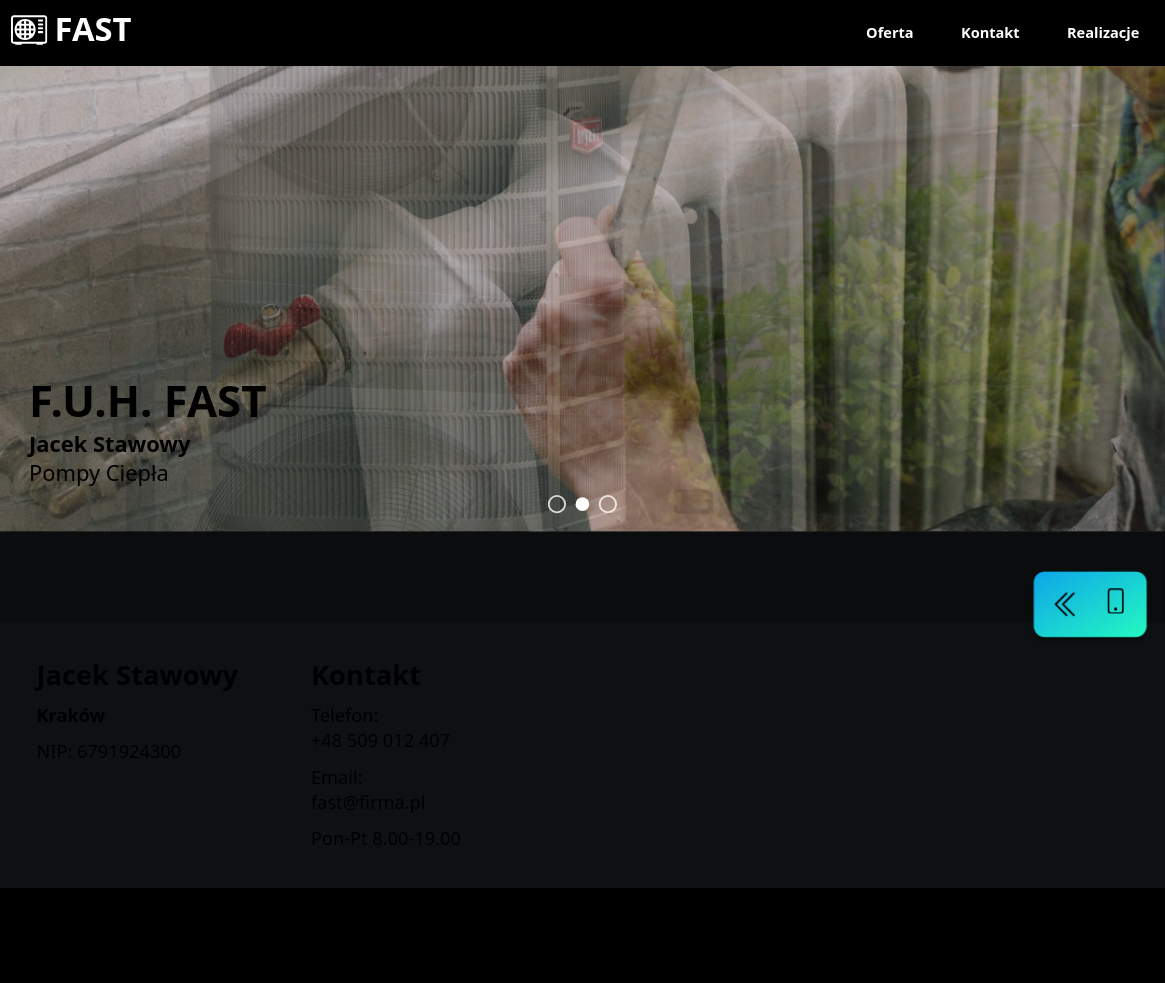
Repository: piotrokrutniak/Fast-CompanyWebsite
Page: /carousel
These files come from the project's save history. The page is drawn as it stood at one moment and after the next save; the edit follows.
The browser window is 1280 px wide. The pictures show the whole page, at 91% of full size.
The project was rebuilt for these pictures with package versions that can differ from the ones it lists, and the page was loaded fresh each time. The framework's server and built-in components were replaced by stand-ins that run in the browser. Also part of the build but not shown: next.config.js.

Above is the page before, as saved 2023-10-21 11:57:14.

### src/app/layout.js
import FootBar from './components/footbar/footbar'
import Navbar from './components/navbar/navbar'
import QuickContact from './components/quickContact'
import './globals.css'
import { Inter } from 'next/font/google'

const inter = Inter({ subsets: ['latin'] })

export const metadata = {
  title: 'Fast - Klimatyzacje Kraków',
  description: 'F.U.H. Fast Jacek Stawowy - Klimatyzacje',
}

export default function RootLayout({ children }) {
  return (
    <html lang="en" className=''>
      <body className='bg-black min-w-mobile overflow-x-hidden'>
        <div className='bg-slate-500/10 min-h-screen relative'>
          <Navbar/>
          {children}
          <QuickContact/>
          <FootBar/>
        </div>
      </body>
    </html>
  )
}

### src/app/(pages)/carousel/page.js
"use client"
import Image from "next/image"
import p1 from "../../../../public/img/air-conditioning-2.jpg"
import p2 from "../../../../public/img/heat-pump-2.jpg"
import p3 from "../../../../public/img/heating-2.jpg"
import { useEffect, useRef, useState } from "react"
import { BsChevronCompactLeft, BsChevronCompactRight } from "react-icons/bs"
// import ac1 from "./media/img/air-conditioning-2.jpg"
// import ac2 from "./media/img/heat-pump-2.jpg"
// import ac3 from "./media/img/heating-2.jpg"

export default function CarouselPage(){
    const slides = [
        {img: p1, desc: "Klimatyzacje"},
        {img: p2, desc: "Pompy Ciepła"},
        {img: p3, desc: "Instalacje grzewcze"}
    ]

    //const [activeIndex, setActiveIndex] = useState(0)

    const [activeIndex, setActiveIndex] = useState(0)

    function PrevSlide() {
      setActiveIndex(prevIndex => (prevIndex === 0 ? slides.length - 1 : prevIndex - 1))
    }

    function NextSlide() {
      setActiveIndex(prevIndex => (prevIndex === slides.length - 1 ? 0 : prevIndex + 1))
    }

    function GoToSlide(index) {
      setActiveIndex(index)
    }

    function useAutoSlide(intervalTime) {
      const intervalRef = useRef(null);

      function resetTimer() {
        clearInterval(intervalRef.current)
        startTimer()
      }

      function startTimer() {
        intervalRef.current = setInterval(() => {
          NextSlide();
        }, intervalTime)
      }

      useEffect(() => {
        startTimer()

        return () => {
          clearInterval(intervalRef.current)
        };
      }, []);

      useEffect(() => {
        resetTimer()
      }, [activeIndex])

      return resetTimer
    }

    const resetTimer = useAutoSlide(5000)

    return(
        <>
        <div className="w-full max-w-7xl relative mx-auto overflow-clip group">
        <div className={`relative w-full max-w-7xl h-128 flex overflow-visible gap-4 -translate-x-[${activeIndex * 100}%] transition-all`}>
            {slides.map((image, index) => <CarouselPanel image={image.img} key={index} index={index} />)}
        </div>
        <div className='bg-black/10 p-2 rounded-2xl absolute w-full sm:hidden group-hover:block hover:bg-black/20 active:scale-95'>
                    <BsChevronCompactLeft color='white' className='w-10 z-10 h-10 cursor-pointer opacity-60 hover:opacity-100
                        transition-all active:scale-95' onClick={() => PrevSlide()}/>
                </div>
                <div className='bg-black/10 p-2 z-10 rounded-2xl sm:hidden group-hover:block hover:bg-black/20 active:scale-95'>
                    <BsChevronCompactRight color='white' className='w-10 h-10 cursor-pointer opacity-60 hover:opacity-100
                        transition-all active:scale-95' onClick={() => NextSlide()}/>
                </div>
        <div className='absolute bottom-12 px-8 z-20 max-sm:px-5'>
            <div className='font-bold text-5xl relative max-sm:text-4xl'>F.U.H. FAST</div>
            <div className='font-semibold text-2xl pt-2 relative max-sm:text-xl'>Jacek Stawowy</div>
            <div className='font-thin text-2xl relative max-sm:text-lg'>{slides[activeIndex].desc}</div>
        </div>
        </div>

        <div className='flex justify-center relative gap-2 -top-10 transition-all'>
            {slides.map((slide, index) => {
                return <div key={index} onClick={() => GoToSlide(index)}
                    className={`${index === activeIndex ? "bg-white scale-75" : ""} cursor-pointer w-5 h-5 border-solid border-2 border-white/80
                    rounded-full hover:scale-110`}/>
            })}
        </div>
        </>
    )
}

function CarouselPanel({image, index}){
    return (
        <div className={`w-full h-full absolute left-[${index * 100}%]`}>
            <Image src={image} layout='fill' objectFit='cover' className="h-full opacity-60"/>
        </div>
        )
}

### src/app/components/footbar/footbar.js
import Link from "next/link";

export default function FootBar(){
    return(
        <footer className="bg-slate-500/5 mt-20">
            <div className="max-w-7xl w-full p-10 flex gap-8 sm:gap-20 m-auto">
                <div className="flex flex-col gap-3">
                    <h1 className="font-bold text-3xl">Jacek Stawowy</h1>
                    <h2 className="font-semibold text-xl">Kraków</h2>
                    <h2 className="font-thin text-xl">NIP: 6791924300</h2>
                </div>

                <div className="flex flex-col gap-3">
                    <h1 className="font-bold text-3xl">Kontakt</h1>
                    <h2 className="font-thin text-xl">Telefon:
                    <Link href={"tel:+48 509 012 407"} className="cursor-pointer hover:text-emerald-200">
                        <p className="whitespace-nowrap">
                            +48 509 012 407
                        </p>
                    </Link>
                    </h2>
                    <h2 className="font-thin text-xl">Email:
                    <Link href={"email:fast@firma.pl"} className="cursor-pointer hover:text-emerald-200">
                        <p className="whitespace-nowrap">
                            fast@firma.pl
                        </p>
                    </Link>
                    </h2>
                    <h2 className="font-thin text-xl">Pon-Pt 8.00-19.00</h2>
                </div>
            </div>
            <div className="bg-black flex p-10 ">
                <div className="xs:m-auto w-fit">
                    © Piotr Okrutniak 2022
                </div>
            </div>
        </footer>
    )
}

### src/app/components/navbar/navbar.js
"use client";
import { useState } from "react";
import ButtonBase from "../common/buttonBase";
import AcLogo from "../icons/ac";
import {BsList, BsXLg} from "react-icons/bs";
import Link from "next/link";

export default function Navbar(){
    const [mobileOpen, setMobileOpen] = useState(false)

    return(
        <nav className="sticky bg-black top-0 w-full py-3 px-5 sm:px-3  z-50">
            <div className="flex justify-between mx-auto max-w-7xl h-auto align-middle">
                <Link href="/">
                    <div className="text-white text-4xl font-bold hover:cursor-pointer flex gap-2 align-middle
                        hover:text-emerald-200 hover:fill-emerald-200 fill-white active:opacity-90 transition-all">
                        <AcLogo className="h-10 w-10 top-px relative"/>
                        FAST
                    </div>
                </Link>
                <div className="align-middle gap-5 text-black transition-all ease-in hidden sm:flex">
                    <Link href="/oferta">
                        <ButtonBase text="Oferta" color="bg-transparent" className="hover:bg-slate-400/25 text-white"  onClick={() => setMobileOpen(false)}/>
                    </Link>
                    <Link href="/kontakt">
                        <ButtonBase text="Kontakt" color="bg-transparent" className="hover:bg-slate-400/25 text-white"  onClick={() => setMobileOpen(false)}/>
                    </Link>
                    <Link href="/realizacje">
                        <ButtonBase text="Realizacje" color="bg-transparent" className="hover:bg-slate-400/25 text-white"  onClick={() => setMobileOpen(false)}/>
                    </Link>
                </div>
                <div className=" sm:hidden flex">
                    <BsList className="h-12 w-12 cursor-pointer hover:fill-emerald-200 active:opacity-90" onClick={() => setMobileOpen(true)}/>
                </div>
            </div>

            <div className={`${mobileOpen ? "" : "translate-x-full"} absolute w-screen h-screen bg-black left-0 top-0 sm:hidden transition-all`}>
                <div id="mobile-header" className="flex p-3 cursor-pointer" onClick={() => setMobileOpen(false)}>
                    <BsXLg className="w-14 h-14 p-2 hover:fill-emerald-200 active:opacity-70 absolute right-4"/>
                </div>
                <div id="mobile-list" className="flex flex-col w-full gap-8 justify-center text-xl px-5 py-32">
                    <Link href="/kontakt" onClick={() => setMobileOpen(false)}>
                        <ButtonBase text="Kontakt" className="w-full py-6 px-10 bg-gradient-to-br hover:from-sky-500 hover:to-emerald-200 self-center" color="bg-slate-500/25"/>
                    </Link>
                    <Link href="/oferta" onClick={() => setMobileOpen(false)}>
                        <ButtonBase text="Oferta" className="w-full py-6 px-10 bg-gradient-to-br hover:from-sky-500 hover:to-emerald-200 self-center" color="bg-slate-500/25"/>
                    </Link>
                    <Link href="/realizacje" onClick={() => setMobileOpen(false)}>
                        <ButtonBase text="Realizacje" className="w-full py-6 px-10 bg-gradient-to-br hover:from-sky-500 hover:to-emerald-200 self-center" color="bg-slate-500/25"/>
                    </Link>
                    <Link href="/" onClick={() => setMobileOpen(false)}>
                        <ButtonBase text="Strona Główna" className="w-full py-6 px-10 bg-gradient-to-br hover:from-sky-500 hover:to-emerald-200 self-center" color="bg-slate-500/25"/>
                    </Link>
                </div>
                <div className="p-10 justify-self-center w-full text-center bottom-0 absolute">
                    © Piotr Okrutniak 2022
                </div>
            </div>
        </nav>
    )
}

### src/app/components/quickContact.js
"use client";

import Link from "next/link";
import { useState } from "react"
import {BsChevronDoubleRight, BsPhone} from "react-icons/bs"

export default function QuickContact(){
    const [folded, setFolded] = useState(true)

    function Transition(){
        setFolded((old) => !old)
    }

    return(
        <div className="bg-gradient-to-br from-sky-500 to-emerald-200 rounded-xl w-fit sm:p-5 p-3 text-base
            font-normal shadow-md shadow-black/50 fixed right-5 bottom-5 flex items-center gap-4 transition-all ease-in-out whitespace-nowrap">
            <BsChevronDoubleRight className={`${folded ? "rotate-180" : "rotate-0"} transition-all ease-in h-8 w-8 cursor-pointer active:opacity-60 select-none`}
                onClick={() => Transition()}/>
            <div className="flex gap-2">
                <p className={`${folded ? "w-0" : "w-72 max-sm:w-44"} overflow-hidden transition-all ease-in flex max-sm:flex-col`}><p>Skontaktuj się z nami:</p> <Link href={"tel:+48 509 012 407"} className="cursor-pointer">+48 509 012 407</Link></p>
                <BsPhone className="h-7 w-7 animate-bounce self-center"/>
            </div>
        </div>
    )
}

### src/app/globals.css
@import 'tailwindcss/base';
@import 'tailwindcss/components';
@import 'tailwindcss/utilities';

:root {

}

@media (prefers-color-scheme: dark) {
  :root {
    --foreground-rgb: 255, 255, 255;
    scroll-behavior: smooth;
  }
}

body {
  color: rgb(var(--foreground-rgb));
  background: linear-gradient(
      to bottom,
      transparent,
      rgb(var(--background-end-rgb))
    )
    rgb(var(--background-start-rgb));
}

@layer base {
  html {
    scroll-behavior: smooth;
  }
}

### src/app/components/common/buttonBase.js
export default function ButtonBase({...props}){
    return(
        <button className={`${props.className} ${props.color ?? "bg-sky-500"} py-3 px-4 rounded-lg font-semibold active:opacity-80 flex items-center gap-2 whitespace-nowrap transition-all`}
            onClick={props.onClick}>
            {props.text} {props.icon ?? ""}
        </button>
    )
}

### src/app/components/icons/ac.js
export default function AcLogo({...props}){
    return(
        <svg
            xmlns="http://www.w3.org/2000/svg"
            xmlSpace="preserve"
            width={800}
            height={800}
            viewBox="0 0 507.802 507.802"
            {...props}
        >
            <path d="M465.7 47.901H42.3c-23.3 0-42.3 18.9-42.3 42.3v313.3c0 23.3 19 42.3 42.3 42.3h16.1c0 7.8 6.3 14.1 14.1 14.1H139c7.8 0 14.1-6.3 14.1-14.1h201.6c0 7.8 6.3 14.1 14.1 14.1h66.5c7.8 0 14.1-6.3 14.1-14.1h16.1c23.3 0 42.3-19 42.3-42.3v-313.3c.2-23.4-18.8-42.3-42.1-42.3zm0 369.7H42.3c-7.8 0-14.1-6.3-14.1-14.1v-313.3c0-7.8 6.3-14.1 14.1-14.1h423.3c7.8 0 14.1 6.3 14.1 14.1v313.3h.1c0 7.8-6.3 14.1-14.1 14.1z" />
            <path d="M435.6 107.801H391c-7.8 0-14.1 6.3-14.1 14.1s6.3 14.1 14.1 14.1h44.6c7.8 0 14.1-6.3 14.1-14.1s-6.3-14.1-14.1-14.1zM435.6 161.601H391c-7.8 0-14.1 6.3-14.1 14.1s6.3 14.1 14.1 14.1h44.6c7.8 0 14.1-6.3 14.1-14.1s-6.3-14.1-14.1-14.1zM435.6 215.301H391c-7.8 0-14.1 6.3-14.1 14.1s6.3 14.1 14.1 14.1h44.6c7.8 0 14.1-6.3 14.1-14.1s-6.3-14.1-14.1-14.1zM435.6 269.101H391c-7.8 0-14.1 6.3-14.1 14.1s6.3 14.1 14.1 14.1h44.6c7.8 0 14.1-6.3 14.1-14.1s-6.3-14.1-14.1-14.1zM198.3 99.701c-81.1 0-147.1 66-147.1 147.1s66 147.1 147.1 147.1 147.1-66 147.1-147.1-66-147.1-147.1-147.1zm-80.9 233.9c-2-1.9-3.9-3.8-5.8-5.8h5.8v5.8zm0-34H92c-5.9-11.9-10-24.9-11.6-38.6h37v38.6zm0-66.9h-37c1.6-13.7 5.6-26.7 11.6-38.6h25.4v38.6zm0-66.8h-5.8c1.9-2 3.8-3.9 5.8-5.8v5.8zm66.8 198.9c-13.7-1.6-26.7-5.7-38.6-11.6v-25.4h38.6v37zm0-65.2h-38.6v-38.6h38.6v38.6zm0-66.9h-38.6v-38.6h38.6v38.6zm0-66.8h-38.6v-25.4c11.9-5.9 24.9-10 38.6-11.6v37zm95.1-5.8c2 1.9 3.9 3.8 5.8 5.8h-5.8v-5.8zm0 34h25.4c5.9 11.9 10 24.9 11.6 38.6h-37v-38.6zm-28.2 159.1c-11.9 5.9-24.9 10-38.6 11.6v-37h38.6v25.4zm0-53.6h-38.6v-38.6h38.6v38.6zm0-66.9h-38.6v-38.6h38.6v38.6zm0-66.8h-38.6v-37c13.7 1.6 26.7 5.7 38.6 11.6v25.4zm28.2 167.7v-5.8h5.8c-1.9 2-3.8 4-5.8 5.8zm0-34v-38.6h37c-1.6 13.7-5.7 26.7-11.6 38.6h-25.4z" />
        </svg>
    )
}

### tailwind.config.js
/** @type {import('tailwindcss').Config} */
module.exports = {
  content: [
    './src/pages/**/*.{js,ts,jsx,tsx,mdx}',
    './src/components/**/*.{js,ts,jsx,tsx,mdx}',
    './src/app/**/*.{js,ts,jsx,tsx,mdx}',
  ],
  theme: {
    extend: {
      backgroundImage: {
        'gradient-radial': 'radial-gradient(var(--tw-gradient-stops))',
        'gradient-conic':
          'conic-gradient(from 180deg at 50% 50%, var(--tw-gradient-stops))',
      },
      height:{
        '112': '28rem',
        '128': '32rem',
      },
      width:{
        '112': '28rem',
        '128': '32rem',
      },
      colors:{
        "emerald":{
          "50": "#b0fde8",
          "100": "#60FBD2",
          "200": "#24F9C1",
          "400": "#06EFB1",
          "500": "#06d6a0",
        }
      },
      minWidth:{
        'mobile': '360px',
        '54': '258px',
      },
      screens:{
        'xs': '580px',
        '850': '850px',
      },
    },
  },
  plugins: [],
}

After the next save:
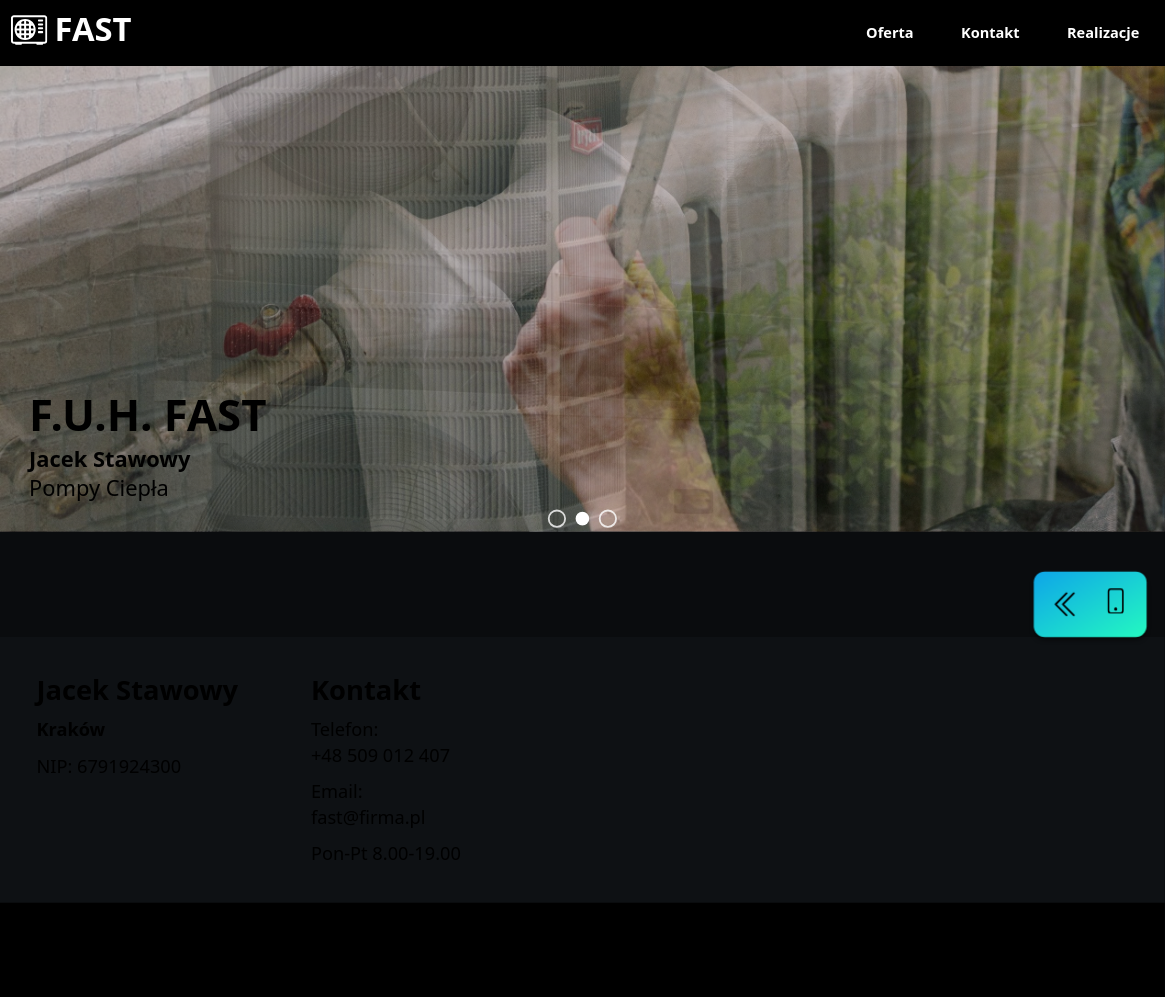
Saved 52 s later.
--- a/src/app/(pages)/carousel/page.js
+++ b/src/app/(pages)/carousel/page.js
@@ -69,7 +69,8 @@
         <div className={`relative w-full max-w-7xl h-128 flex overflow-visible gap-4 -translate-x-[${activeIndex * 100}%] transition-all`}>
             {slides.map((image, index) => <CarouselPanel image={image.img} key={index} index={index} />)}
         </div>
-        <div className='bg-black/10 p-2 rounded-2xl absolute w-full sm:hidden group-hover:block hover:bg-black/20 active:scale-95'>
+        <div className='flex w-full justify-between relative p-2'>
+                <div className='bg-black/10 p-2 rounded-2xl sm:hidden group-hover:block hover:bg-black/20 active:scale-95'>
                     <BsChevronCompactLeft color='white' className='w-10 z-10 h-10 cursor-pointer opacity-60 hover:opacity-100
                         transition-all active:scale-95' onClick={() => PrevSlide()}/>
                 </div>
@@ -77,6 +78,7 @@
                     <BsChevronCompactRight color='white' className='w-10 h-10 cursor-pointer opacity-60 hover:opacity-100
                         transition-all active:scale-95' onClick={() => NextSlide()}/>
                 </div>
+        </div>
         <div className='absolute bottom-12 px-8 z-20 max-sm:px-5'>
             <div className='font-bold text-5xl relative max-sm:text-4xl'>F.U.H. FAST</div>
             <div className='font-semibold text-2xl pt-2 relative max-sm:text-xl'>Jacek Stawowy</div>

After the save that followed:
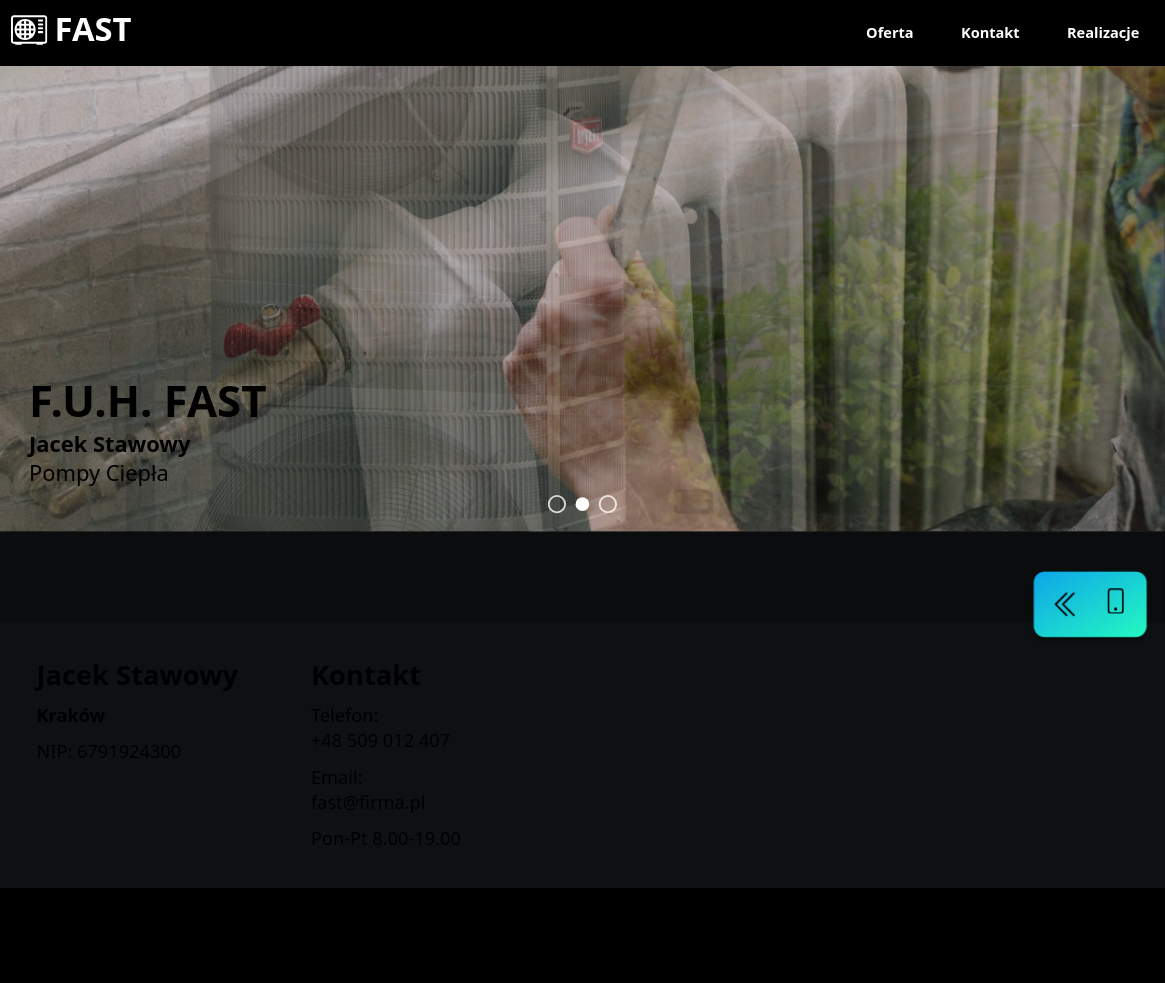
Saved 18 s later.
--- a/src/app/(pages)/carousel/page.js
+++ b/src/app/(pages)/carousel/page.js
@@ -69,7 +69,7 @@
         <div className={`relative w-full max-w-7xl h-128 flex overflow-visible gap-4 -translate-x-[${activeIndex * 100}%] transition-all`}>
             {slides.map((image, index) => <CarouselPanel image={image.img} key={index} index={index} />)}
         </div>
-        <div className='flex w-full justify-between relative p-2'>
+        <div className='flex w-full justify-between absolute p-2'>
                 <div className='bg-black/10 p-2 rounded-2xl sm:hidden group-hover:block hover:bg-black/20 active:scale-95'>
                     <BsChevronCompactLeft color='white' className='w-10 z-10 h-10 cursor-pointer opacity-60 hover:opacity-100
                         transition-all active:scale-95' onClick={() => PrevSlide()}/>
